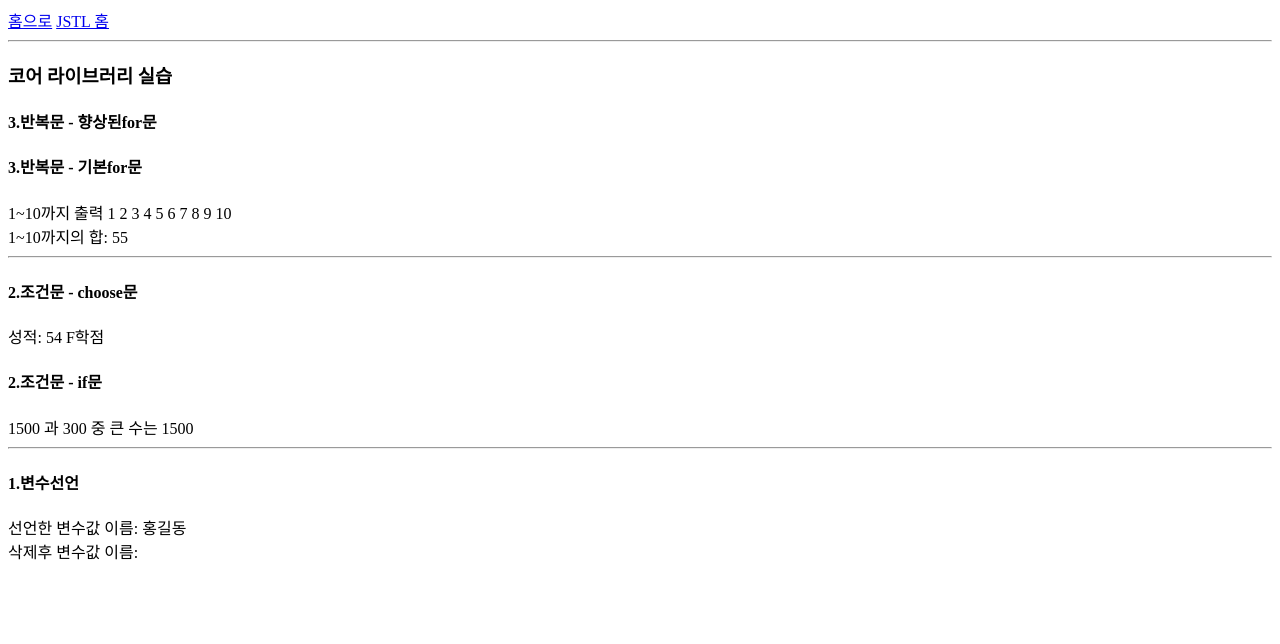
Repository: linklifejo/study_web
Page: http://localhost/servlet02/jstl/core.jsp
An editor plug-in stored every save of this project. The page is shown before and after the next save, followed by the edit.
The browser window is 1280 px wide. The pictures show the whole page.
The page is served by Tomcat 9.

Above is the page before, as saved 2023-02-07 03:54:55.

After the next save:
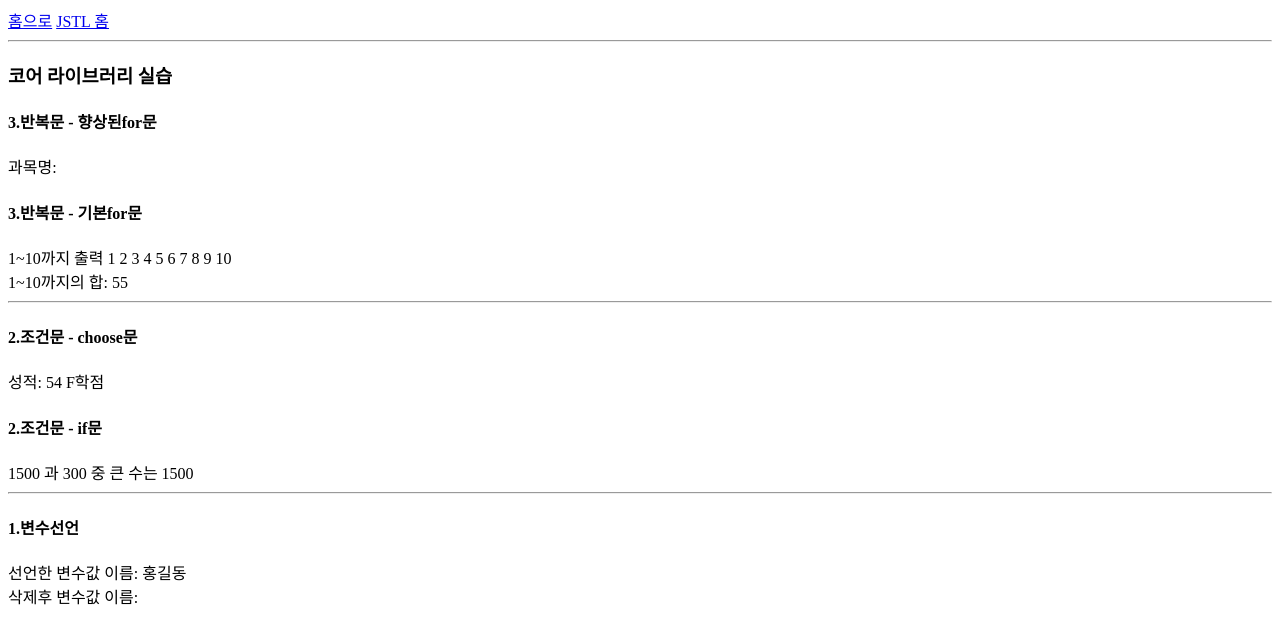
Saved 45 s later.
--- a/servlet02/src/main/webapp/jstl/core.jsp
+++ b/servlet02/src/main/webapp/jstl/core.jsp
@@ -17,7 +17,10 @@
 String subjects[] = { "자바", "오라클", "HTML", "jQuery", "안드로이드" };
 request.setAttribute("subjects", subjects);
 %>
-
+<div>과목명:
+	<c:forEach items='${subjects}' var='s'>
+	</c:forEach>
+</div>
 <h4>3.반복문 - 기본for문</h4>
 <div>1~10까지 출력
 
